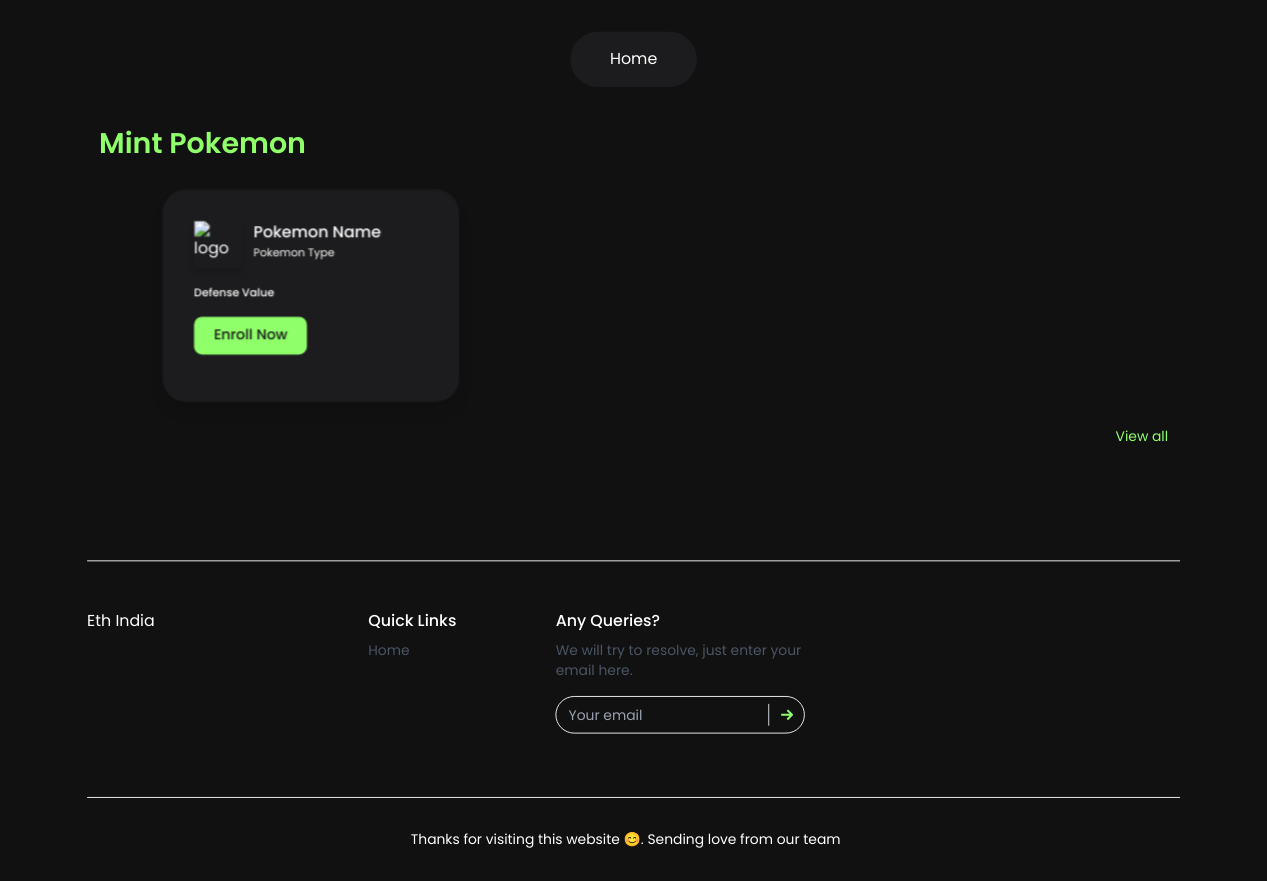
Repository: 0xinit/zkMon
Page: /pickPokemons (app in zkmon-frontend/)
These files come from the project's save history. The page is drawn as it stood at one moment and after the next save; the edit follows.
The browser window is 1280 px wide. The pictures show the whole page, at 99% of full size.
The project was rebuilt for these pictures with package versions that can differ from the ones it lists, and the page was loaded fresh each time. Also part of the build but not shown: zkmon-frontend/src/pages/Battle.jsx, zkmon-frontend/src/pages/PlayGame.jsx, zkmon-frontend/src/pages/HomePage.jsx.

Above is the page before, as saved 2023-12-09 20:24:16.

### zkmon-frontend/src/index.js
import React from "react";
import ReactDOM from "react-dom/client";
import "./index.css";
import App from "./App";
import reportWebVitals from "./reportWebVitals";
import { Route, BrowserRouter as Router } from "react-router-dom";

const root = ReactDOM.createRoot(document.getElementById("root"));
root.render(
  <React.StrictMode>
    <Router>
      <App />
    </Router>
  </React.StrictMode>
);

// If you want to start measuring performance in your app, pass a function
// to log results (for example: reportWebVitals(console.log))
// or send to an analytics endpoint. Learn more: https://bit.ly/CRA-vitals
reportWebVitals();

### zkmon-frontend/src/index.css
@import url(https://fonts.googleapis.com/css?family=Poppins:100,100italic,200,200italic,300,300italic,regular,italic,500,500italic,600,600italic,700,700italic,800,800italic,900,900italic);

* {
  margin: 0;
  padding: 0;
  box-sizing: border-box;
}

body {
  font-family: "Poppins", sans-serif, -apple-system, BlinkMacSystemFont,
    "Segoe UI", Roboto, Oxygen, Ubuntu, Cantarell, "Open Sans", "Helvetica Neue",
    sans-serif;
  background: #111112;
  color: white;
}

html,
body {
  scroll-behavior: smooth;
  overflow-x: hidden;
}
@tailwind base;
@tailwind components;
@tailwind utilities;

### zkmon-frontend/src/App.js
import React, { useEffect, useState } from "react";
import Navbar from "./components/NavBar";
import { Route, Routes } from "react-router-dom";
import Battle from "./pages/Battle";
import PlayGame from "./pages/PlayGame";
import HomePage from "./pages/HomePage";
import PickPokemon from "./pages/PickPokemon";
import Footer from "./components/Footer";
import {
  contractAddressOfProofOfLocation,
  contractAbiOfProofOfLocation,
  contractAddressOfGameEngine,
  contractAbiOfGameEngine,
} from "./contractConfig.js";
import { useNavigate } from "react-router-dom";
const { ethers } = require("ethers");

const App = () => {
  const [provider, setProvider] = useState(null);
  const [signer, setSigner] = useState(null);
  const [showConnectButton, setShowConnectButton] = useState(false);
  const [contractConfig, setContractConfig] = useState({
    locationContract: null,
    gameEngine: null,
  });
  const navigate = useNavigate();
  const [hasLocationPermission, setHasLocationPermission] = useState(false);
  const [userLocation, setUserLocation] = useState(null);
  const [address, setAddress] = useState("");

  const connectWallet = async () => {
    if (window.ethereum) {
      const provider = new ethers.providers.Web3Provider(window.ethereum);
      setProvider(provider);
      try {
        await provider.send("eth_requestAccounts", []);
        const signer = provider.getSigner();
        setSigner(signer);
        await connectContract(signer);
      } catch (error) {
        console.error(error);
        setShowConnectButton(true);
      }
    } else {
      setShowConnectButton(true);
    }
  };

  const connectContract = async (signer) => {
    const proofOfLocationContract = await new ethers.Contract(
      contractAddressOfProofOfLocation,
      contractAbiOfProofOfLocation,
      signer
    );

    const gameEngineContract = await new ethers.Contract(
      contractAddressOfGameEngine,
      contractAbiOfGameEngine,
      signer
    );

    setContractConfig({
      locationContract: proofOfLocationContract,
      gameEngine: gameEngineContract,
    });
  };

  const checkConnections = async () => {
    await connectWallet();
    await requestLocationPermission();
  };

  useEffect(() => {
    if (window.ethereum) {
      checkConnections();
    } else {
      setShowConnectButton(true);
    }
  }, []);

  const requestLocationPermission = () => {
    if ("geolocation" in navigator) {
      navigator.geolocation.getCurrentPosition(
        (position) => {
          setUserLocation([
            position.coords.latitude,
            position.coords.longitude,
          ]);
          setHasLocationPermission(true);
        },
        (error) => {
          console.error("Error getting user location:", error);
          setHasLocationPermission(false);
        }
      );
    } else {
    }
  };

  useEffect(() => {
    connectWallet();
  }, []);

  return (
    <div className="px-8 md:px-16">
      <Navbar signer={(connectWallet, signer, address)} />
      <div>
        <Routes>
          <Route
            path="/"
            element={<HomePage checkConnections={checkConnections} />}
          />
          <Route path="/battle" element={<Battle />} />
          <Route path="/playgame" element={<PlayGame />} />
          <Route path="/pickPokemons" element={<PickPokemon />} />
        </Routes>
      </div>
      <Footer />
    </div>
  );
};

export default App;

### zkmon-frontend/src/components/NavBar.jsx
import React, { useState, useEffect } from "react";
import { BiMenuAltRight } from "react-icons/bi";
import { Link } from "react-router-dom";

const Navbar = ({ connectwallet, signer, address }) => {
  const [isMenu, setIsMenu] = useState(false);

  const handleMenu = () => {
    setIsMenu(!isMenu);
  };

  useEffect(() => {}, []);

  return (
    <div>
      {/* desktop */}
      <div className="hidden md:flex md:items-center md:justify-center">
        <ul className="flex gap-14 bg-cardBg p-4 md:mt-8 mt-4 rounded-full px-10">
          <Link to="/">
            <li className="cursor-pointer">Home</li>
          </Link>
        </ul>
      </div>

      {/* mobile */}
      <div
        className="flex md:hidden justify-end mt-6 text-3xl"
        onClick={handleMenu}
      >
        <BiMenuAltRight />
        {isMenu && (
          <div className="absolute top-14 text-base bg-cardBg py-2 px-4 rounded-lg z-50">
            <ul>
              <Link to="/">
                <li className="mt-1">Home</li>
              </Link>
            </ul>
          </div>
        )}
      </div>
    </div>
  );
};

export default Navbar;

### zkmon-frontend/src/pages/PickPokemon.jsx
import React from "react";
import { Link } from "react-router-dom";

const PickPokemon = ({}) => {
  return (
    <div className="w-full">
      <div className="p-9 h-full">
        <p
          className="text-[1.8rem] font-semibold text-primaryColor"
          style={{ marginBottom: "1.5rem" }}
        >
          <span className="text-lightPrimary">Mint</span> Pokemon
        </p>

        <div className="h-full w-full grid md:grid-cols-4 gap-6 my-6 md:px-16">
          <div
            key=""
            className="md:w-300 p-8 min-w-260 bg-cardBg backdrop-blur-md rounded-3xl flex flex-col justify-center drop-shadow-lg gap-4 hover:scale-105 transition-all duration-300"
          >
            {/*<img src="frontend/src/img/free_img.png" alt="corner-image" className="absolute top-0 right-0 w-16 h-16 md:w-20 md:h-20 object-cover"/>*/}

            <div className="flex">
              <img
                src=""
                alt="logo"
                className="w-9 h-9 md:w-12 md:h-12 shadow-md hover:shadow-lg transition-all duration-300 transform hover:scale-110"
              />
              <div className="mx-3">
                <p className="md:text-[1rem] text-[0.8rem] font-medium hover:text-lightPrimary hover:underline">
                  Pokemon Name
                </p>
                <p className="md:text-[0.7rem] text-[0.6rem] text-lighttextGray">
                  Pokemon Type
                </p>
              </div>
            </div>
            <p className="text-[0.7rem] text-justify font-medium">
              Defense Value
            </p>
            <div className="flex justify-between pb-4 gap-3">
              <div
                className="md:text-[0.9rem] text-[0.7rem] rounded-lg bg-primaryColor py-2 px-5 text-cardBg font-medium hover:shadow-lg duration-100 transition-all ease-in-out cursor-pointer"
                onClick={() => {}}
              >
                Enroll Now
              </div>
            </div>
          </div>
        </div>
        <p className="md:text-[lg] text-sm text-right text-primaryColor cursor-pointer hover:text-lightModeTextColor">
          View all
        </p>
      </div>
    </div>
  );
};

export default PickPokemon;

### zkmon-frontend/src/components/Footer.jsx
import React from "react";
import { Link } from "react-router-dom";

const Footer = () => {
  return (
    <footer>
      <div className="mx-auto px-4 sm:px-6 mt-20">
        {/* Top area: Blocks */}
        <div className="grid sm:grid-cols-12 gap-8 py-8 md:py-12 border-t border-gray-200">
          {/* 1st block */}
          <div className="sm:col-span-12 lg:col-span-3">
            <div className="mb-2">
              <p>Eth India</p>
            </div>
          </div>

          {/* 4th block */}
          <div className="sm:col-span-6 md:col-span-3 lg:col-span-2">
            <h6 className="font-medium mb-2">Quick Links</h6>
            <ul className="text-sm">
              <li className="mb-2">
                <Link
                  to="/"
                  className="text-gray-600 hover:text-white transition duration-150 ease-in-out"
                >
                  Home
                </Link>
              </li>
            </ul>
          </div>

          {/* 5th block */}
          <div className="sm:col-span-6 md:col-span-3 lg:col-span-3">
            <h6 className="font-medium mb-2">Any Queries?</h6>
            <p className="text-sm text-gray-600 mb-4">
              We will try to resolve, just enter your email here.
            </p>
            <form>
              <div className="flex flex-wrap mb-4">
                <div className="w-full">
                  <label className="block text-sm sr-only" htmlFor="newsletter">
                    Email
                  </label>
                  <div className="relative flex items-center max-w-xs">
                    <input
                      id="newsletter"
                      type="email"
                      className="form-input w-full text-gray-800 px-3 py-2 pr-12 text-sm bg-transparent border focus:outline-none rounded-full"
                      placeholder="Your email"
                      required
                    />
                    <button
                      type="submit"
                      className="absolute inset-0 left-auto"
                      aria-label="Subscribe"
                    >
                      <span
                        className="absolute inset-0 right-auto w-px -ml-px my-2 bg-gray-300"
                        aria-hidden="true"
                      ></span>
                      <svg
                        className="w-3 h-3 fill-current text-primaryColor mx-3 shrink-0"
                        viewBox="0 0 12 12"
                        xmlns="http://www.w3.org/2000/svg"
                      >
                        <path
                          d="M11.707 5.293L7 .586 5.586 2l3 3H0v2h8.586l-3 3L7 11.414l4.707-4.707a1 1 0 000-1.414z"
                          fillRule="nonzero"
                        />
                      </svg>
                    </button>
                  </div>
                </div>
              </div>
            </form>
          </div>
        </div>

        {/* Bottom area */}
        <div className="flex items-center justify-center py-4 md:py-8 border-t border-gray-200">
          <div className="text-sm text-center mr-4">
            Thanks for visiting this website 😊. Sending love from our team
          </div>
        </div>
      </div>
    </footer>
  );
};

export default Footer;

### zkmon-frontend/src/contractConfig.js
const contractAddressOfProofOfLocation = "";
const contractAddressOfGameEngine = "";

const contractAbiOfProofOfLocation = [];
const contractAbiOfGameEngine = [];

module.exports = {
  contractAddressOfProofOfLocation,
  contractAbiOfProofOfLocation,
  contractAddressOfGameEngine,
  contractAbiOfGameEngine,
};

### zkmon-frontend/tailwind.config.js
/** @type {import('tailwindcss').Config} */
module.exports = {
  content: ["./src/**/*.{js,jsx,ts,tsx}"],
  theme: {
    extend: {
      width: {
        150: "150px",
        190: "190px",
        225: "225px",
        275: "275px",
        300: "300px",
        340: "340px",
        350: "350px",
        375: "375px",
        460: "460px",
        656: "656px",
        880: "880px",
        508: "508px",
      },
      height: {
        80: "80px",
        150: "150px",
        225: "225px",
        300: "300px",
        340: "340px",
        370: "370px",
        420: "420px",
        510: "510px",
        600: "600px",
        650: "650px",
        685: "685px",
        800: "800px",
        "90vh": "90vh",
      },
      minWidth: {
        210: "210px",
        260: "260px",
        350: "350px",
        620: "620px",
      },
      screens: {
        xsm: "365px",
        sm: "640px",
        md: "768px",
        lg: "1024px",
        xl: "1280px",
        "2xl": "1536px",
      },
      lineHeight: {
        tight: "1.2", // Adjust the value as needed
      },
      colors: {
        cardBg: "#1C1C1E",
        primaryColor: "#8FFF6A",
        backgroundColor: "#111112",
        subtitleColor: "#515151",
      },
    },
  },
  plugins: [],
};

Loaded but not shown: zkmon-frontend/public/index.html (common file); zkmon-frontend/src/reportWebVitals.js (common file)

After the next save:
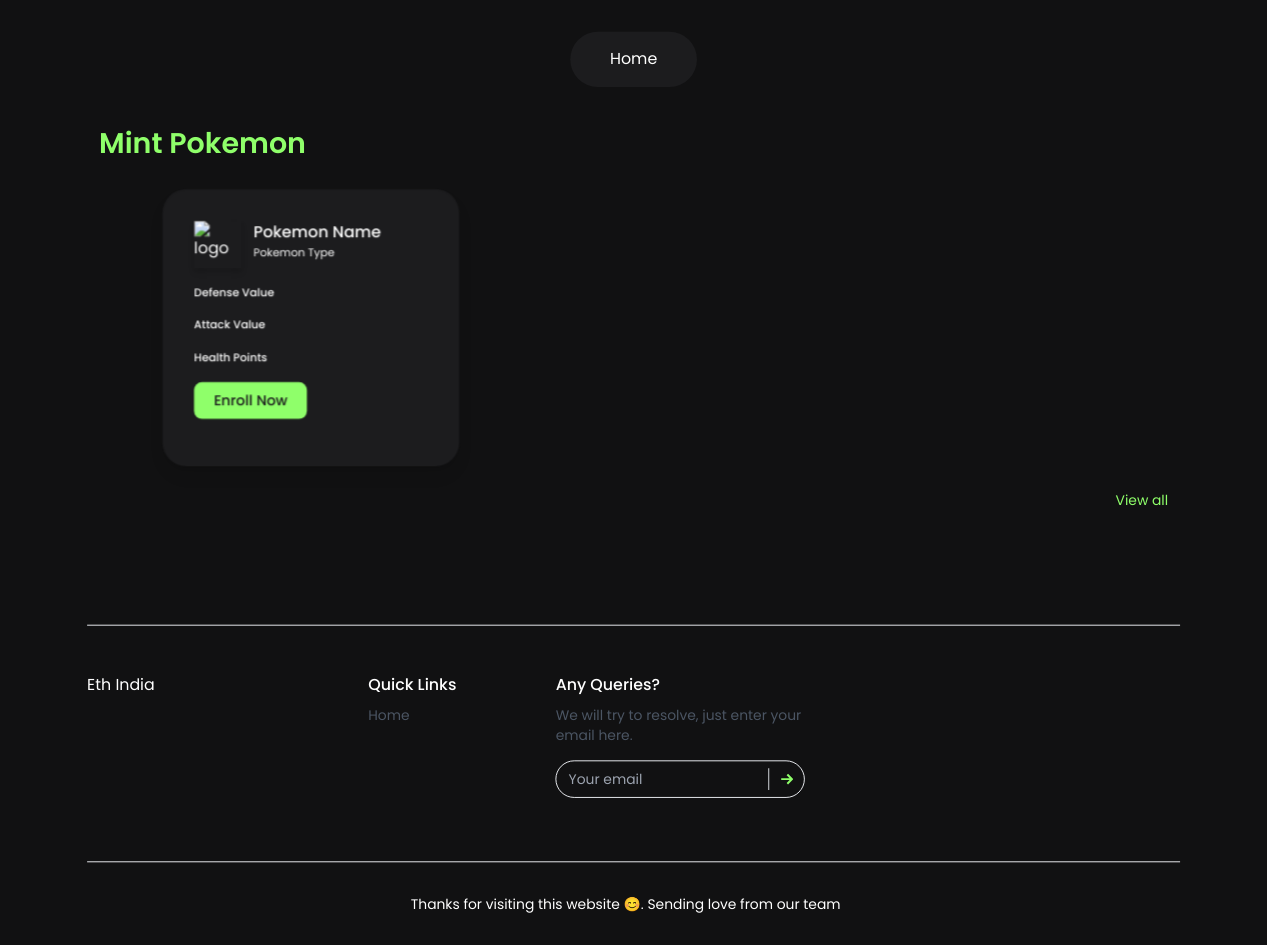
Saved 34 s later.
--- a/zkmon-frontend/src/pages/PickPokemon.jsx
+++ b/zkmon-frontend/src/pages/PickPokemon.jsx
@@ -37,6 +37,12 @@
             <p className="text-[0.7rem] text-justify font-medium">
               Defense Value
             </p>
+            <p className="text-[0.7rem] text-justify font-medium">
+              Attack Value
+            </p>
+            <p className="text-[0.7rem] text-justify font-medium">
+              Health Points
+            </p>
             <div className="flex justify-between pb-4 gap-3">
               <div
                 className="md:text-[0.9rem] text-[0.7rem] rounded-lg bg-primaryColor py-2 px-5 text-cardBg font-medium hover:shadow-lg duration-100 transition-all ease-in-out cursor-pointer"
